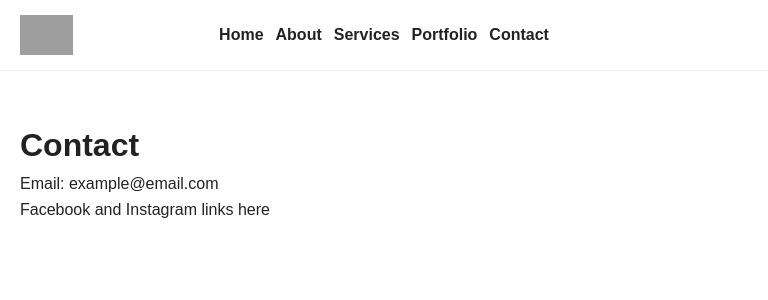
Repository: aljonvega18/Portfolio
Page: contact.html
The author's editor kept a copy of each file at every save. The page is drawn from the files as they stood at one save, then again after the next save.
The browser window is 768 px wide. The pictures show the whole page.
Pictures or frames that could not be fetched are drawn as grey boxes.

Above is the page before, as saved 2026-02-02 16:08:21.

After the next save:
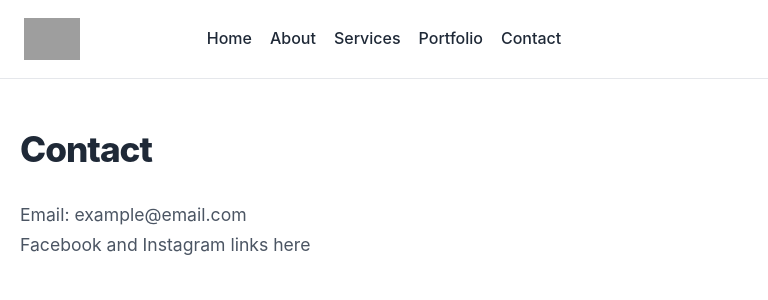
Saved 24 min 40 s later.
--- a/style.css
+++ b/style.css
@@ -115,3 +115,123 @@ nav ul { gap: 12px; }
     text-transform: uppercase;
     fill: white;
 }
+
+/* about */
+/* RESET + BASE */
+* {
+    box-sizing: border-box;
+    margin: 0;
+    padding: 0;
+    font-family: "Inter", system-ui, Arial, sans-serif;
+}
+
+body {
+    background: #f8f9fb;
+    color: #1f2937;
+    line-height: 1.7;
+}
+
+/* NAVBAR */
+header {
+    position: fixed;
+    top: 0;
+    width: 100%;
+    background: rgba(255, 255, 255, 0.9);
+    backdrop-filter: blur(10px);
+    border-bottom: 1px solid #e5e7eb;
+    z-index: 1000;
+}
+
+.navbar {
+    max-width: 1200px;
+    margin: auto;
+    display: flex;
+    align-items: center;
+    padding: 18px 24px;
+}
+
+.logo {
+    height: 42px;
+}
+
+/* CENTER NAV */
+nav {
+    margin-left: auto;
+}
+
+nav ul {
+    display: flex;
+    list-style: none;
+    gap: 28px;
+}
+
+nav a {
+    text-decoration: none;
+    color: #1f2937;
+    font-weight: 500;
+    position: relative;
+    padding-bottom: 4px;
+    transition: color 0.3s ease;
+}
+
+/* UNDERLINE HOVER EFFECT */
+nav a::after {
+    content: "";
+    position: absolute;
+    left: 0;
+    bottom: 0;
+    width: 0;
+    height: 2px;
+    background: #6366f1;
+    transition: width 0.3s ease;
+}
+
+nav a:hover {
+    color: #6366f1;
+}
+
+nav a:hover::after {
+    width: 100%;
+}
+
+/* MAIN CONTENT */
+main {
+    padding-top: 140px;
+    max-width: 1000px;
+    margin: auto;
+    padding-left: 24px;
+    padding-right: 24px;
+}
+
+/* SECTION STYLE */
+main h1 {
+    font-size: 3rem;
+    font-weight: 800;
+    margin-bottom: 20px;
+    letter-spacing: -1px;
+}
+
+main p {
+    font-size: 1.1rem;
+    max-width: 700px;
+    color: #4b5563;
+}
+
+/* CARD FEEL FOR CONTENT */
+main {
+    background: #ffffff;
+    border-radius: 18px;
+    padding-bottom: 80px;
+    box-shadow: 0 20px 40px rgba(0, 0, 0, 0.06);
+}
+
+/* RESPONSIVE */
+@media (max-width: 768px) {
+    nav ul {
+        gap: 18px;
+    }
+
+    main h1 {
+        font-size: 2.2rem;
+    }
+}
